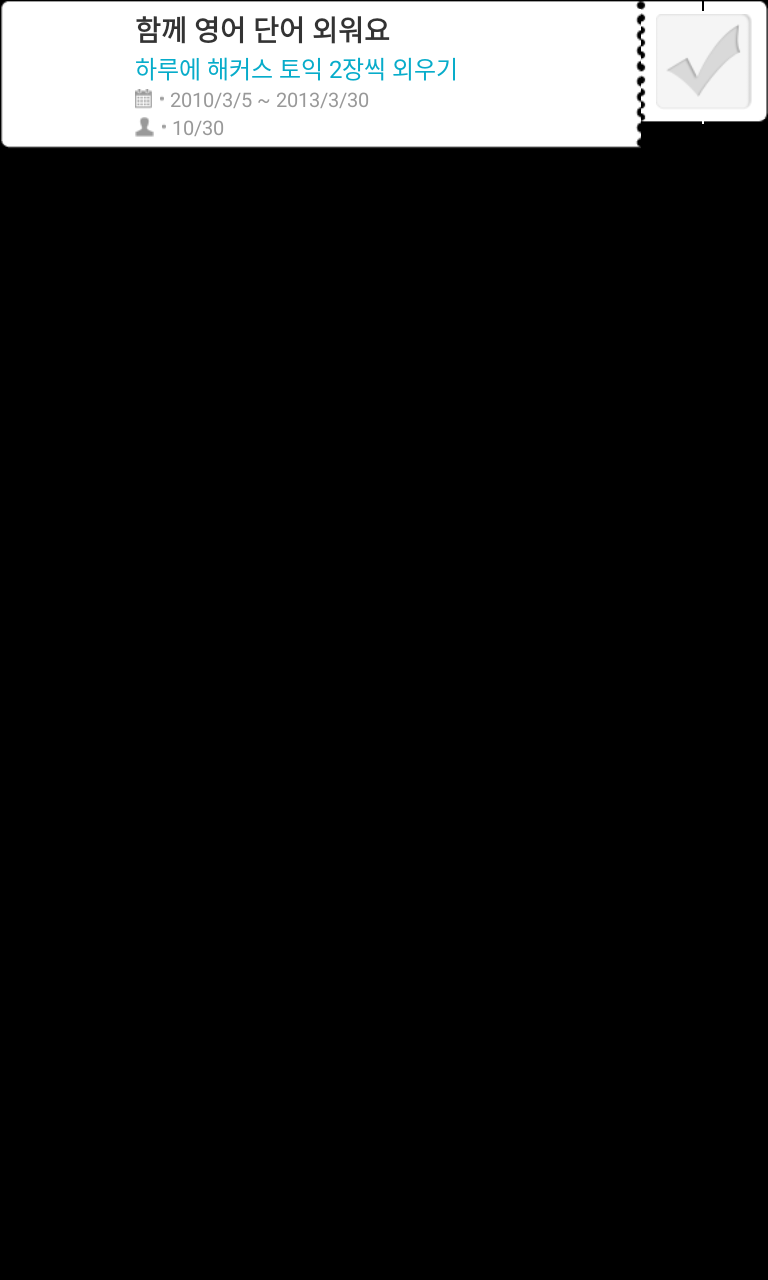
Repository: belhyun/witherest-android
Layout: Witherest/res/layout/mycheck_list_item_row.xml
The author's editor kept a copy of each file at every save. The layout is drawn from the files as they stood at one save, then again after the next save.
It is drawn on a 768 x 1280 px phone screen (xhdpi) without system bars, with theme android:Theme.Holo; the app's code is not run.

Above is the layout before, as saved 2013-07-06 09:37:03.

After the next save:
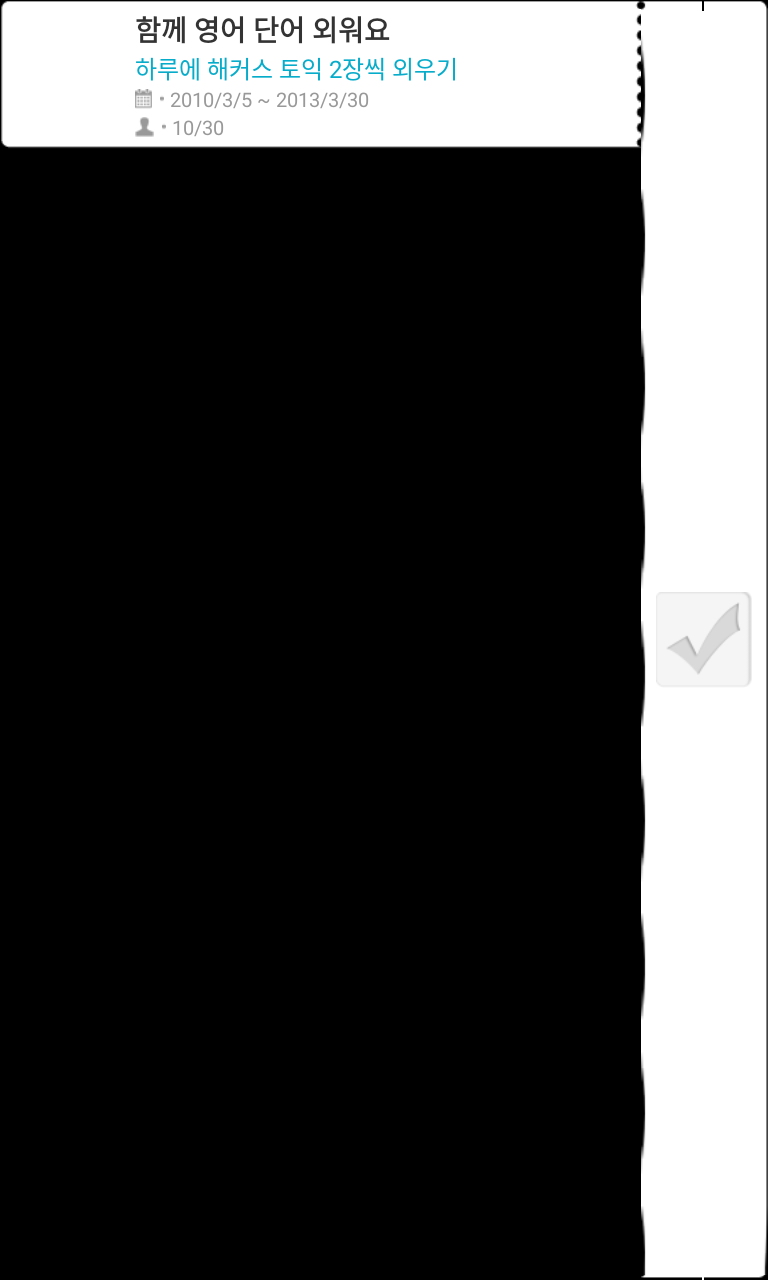
Saved 39 s later.
--- a/Witherest/res/layout/mycheck_list_item_row.xml
+++ b/Witherest/res/layout/mycheck_list_item_row.xml
@@ -136,6 +136,7 @@
             android:layout_height="62dp"
             android:layout_alignParentRight="true"
             android:layout_alignParentTop="true"
+            android:layout_alignParentBottom="true"
             android:background="@drawable/main_checkbutton_bg2"
             android:gravity="center"
             android:padding="3dp" >

After the save that followed:
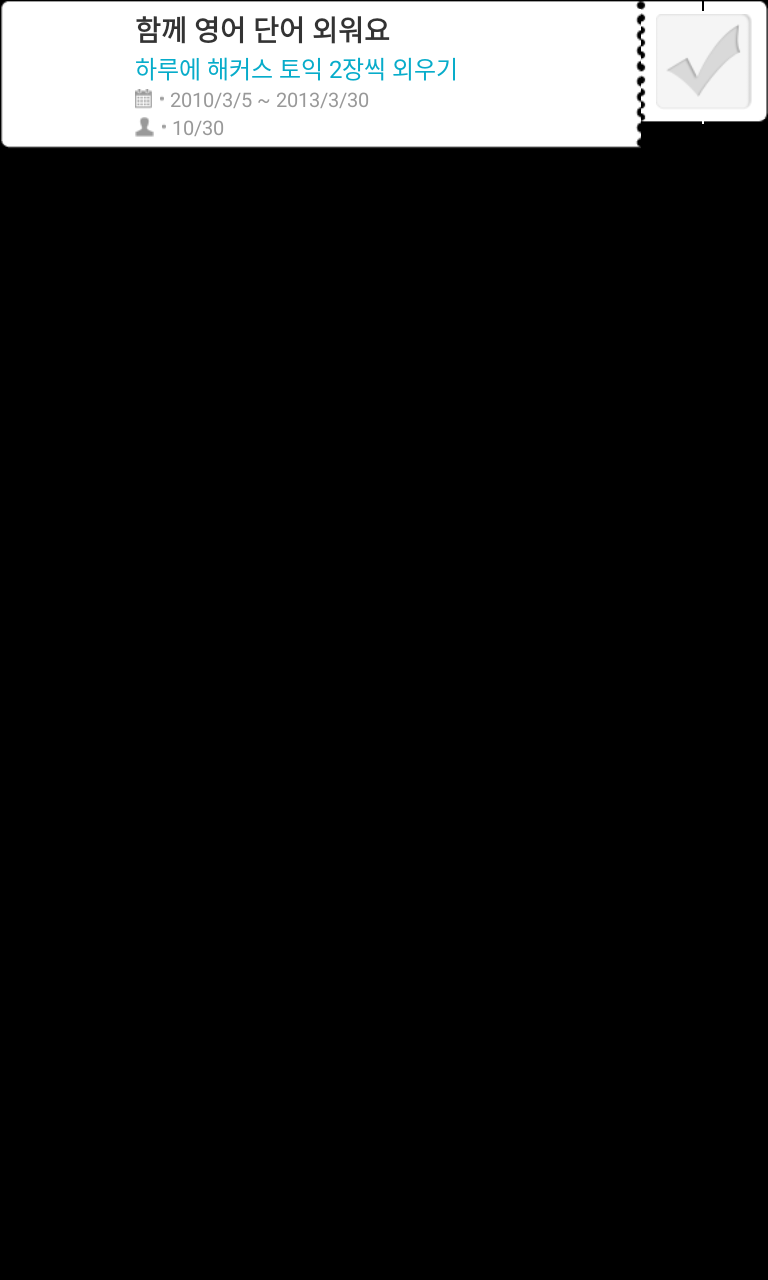
Saved 83 s later.
--- a/Witherest/res/layout/mycheck_list_item_row.xml
+++ b/Witherest/res/layout/mycheck_list_item_row.xml
@@ -135,8 +135,8 @@
             android:layout_width="wrap_content"
             android:layout_height="62dp"
             android:layout_alignParentRight="true"
-            android:layout_alignParentTop="true"
-            android:layout_alignParentBottom="true"
+            android:layout_alignTop="mycheck_row_left_contaniner"
+            android:layout_alignBottom="mycheck_row_left_contaniner"
             android:background="@drawable/main_checkbutton_bg2"
             android:gravity="center"
             android:padding="3dp" >
